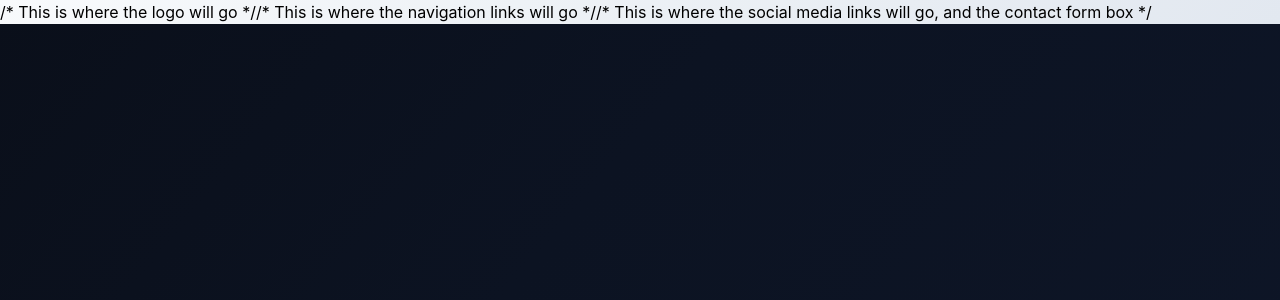
Repository: AchrafAzzaoui/Portfolio-Website
Page: / (app in achrafs-portfolio/)
The author's editor kept a copy of each file at every save. The page is drawn from the files as they stood at one save, then again after the next save.
The browser window is 1280 px wide. The pictures show the whole page.
Some web fonts or font styles are not loaded; a fallback is used. The project was rebuilt for these pictures with package versions that can differ from the ones it lists, and the page was loaded fresh each time. Also part of the build but not shown: achrafs-portfolio/vite.config.ts.

Above is the page before, as saved 2025-01-02 21:01:46.

After the next save:
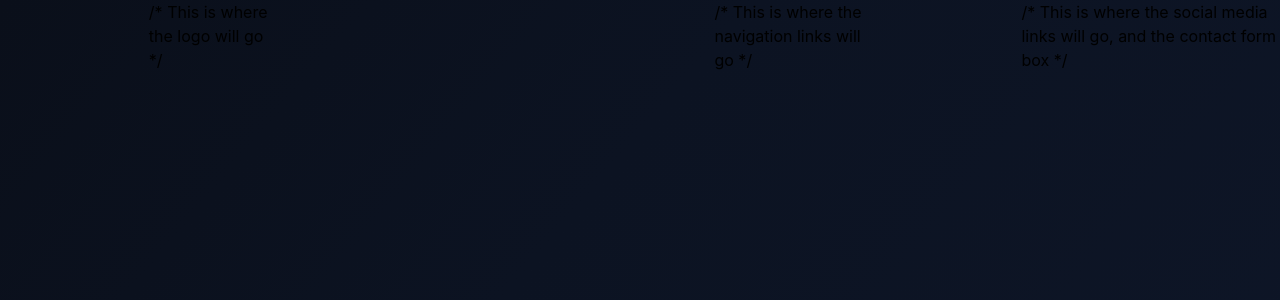
Saved 2 min 13 s later.
--- a/achrafs-portfolio/src/components/layout/Header.tsx
+++ b/achrafs-portfolio/src/components/layout/Header.tsx
@@ -5,11 +5,12 @@ export default function Header() {
 
   return (
     <header className="">
-      <nav className="flex bg-gradient-light">
-        <div></div> /* This is where the logo will go */
-        <div></div> /* This is where the navigation links will go */
-        <div></div> /* This is where the social media links will go, and the
-        contact form box */
+      <nav className="flex ">
+        <div className="basis-1/4"></div> /* This is where the logo will go */
+        <div className="basis-3/4"></div> /* This is where the navigation links
+        will go */
+        <div className="basis-1/4"></div> /* This is where the social media
+        links will go, and the contact form box */
       </nav>
     </header>
   );
